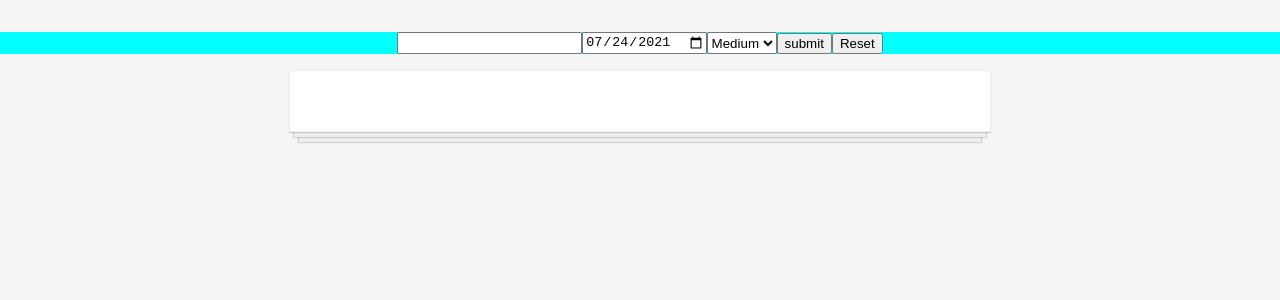
Repository: 0101chaitanya/react-todo
Page: /
These files come from the project's save history. The page is drawn as it stood at one moment and after the next save; the edit follows.
The browser window is 1280 px wide. The pictures show the whole page.
The project was rebuilt for these pictures with package versions that can differ from the ones it lists, and the page was loaded fresh each time. Also part of the build but not shown: src/components/TodoItem.js.

Above is the page before, as saved 2021-07-24 16:34:33.

### src/index.js
import React from "react";
import ReactDOM from "react-dom";
import "./index.css";
import App from "./App";
import reportWebVitals from "./reportWebVitals";
import css from "./App.css";

ReactDOM.render(
  <React.StrictMode>
    <App />
  </React.StrictMode>,
  document.getElementById("root")
);

// If you want to start measuring performance in your app, pass a function
// to log results (for example: reportWebVitals(console.log))
// or send to an analytics endpoint. Learn more: https://bit.ly/CRA-vitals
reportWebVitals();

### src/App.js
import React, { Component } from "react";
import TodoState from "./components/todoState";
import InputForm from "./components/InputForm";
import uniqid from "uniqid";
import { format } from "date-fns";
import css from "./App.css";
class App extends Component {
  constructor() {
    super();
    this.handleSubmit = this.handleSubmit.bind(this);
    this.state = {
      tasksArray: JSON.parse(localStorage.getItem("tasksArray")) ?? [],
    };
  }
  handleSubmit(e, input, context) {
    input.id = uniqid();

    e.preventDefault();
    this.setState(
      (prevState) => ({
        tasksArray: prevState.tasksArray.concat(input),
      }),
      () => {
        localStorage.setItem(
          "tasksArray",
          JSON.stringify(this.state.tasksArray)
        );
      }
    );

    console.log(this.state.tasksArray);
    //e.target.reset();
    e.target.submit();
  }

  render() {
    //localStorage.removeItem("tasksArray");
    //localStorage.clear();
    localStorage.setItem("tasksArray", JSON.stringify(this.state.tasksArray));
    console.log(this.state.tasksArray);

    //console.log(JSON.parse(localStorage.getItem("tasksArray")));
    return (
      <div>
        <InputForm
          className="input-form"
          //item={this.cache}
          //handleNoSubmission={this.handleNoSubmission}
          handleSubmit={this.handleSubmit}
        />
        <TodoState tasksArray={this.state.tasksArray} />
      </div>
    );
  }
}

export default App;

### src/App.css
body {
  background-color: whitesmoke;
}

.todo-list {
  background-color: white;
  margin: auto;
  width: 50%;
  display: flex;
  flex-direction: column;
  align-items: center;
  border: 1px solid #efefef;
  box-shadow:
    /* The top layer shadow */ 0 1px 1px rgba(0, 0, 0, 0.15),
    /* The second layer */ 0 10px 0 -5px #eee,
    /* The second layer shadow */ 0 10px 1px -4px rgba(0, 0, 0, 0.15),
    /* The third layer */ 0 20px 0 -10px #eee,
    /* The third layer shadow */ 0 20px 1px -9px rgba(0, 0, 0, 0.15);
  padding: 30px;
}

.todo-item {
  display: flex;
  justify-content: flex-start;
  align-items: center;
  padding: 30px 20px 0;
  width: 70%;
  border-bottom: 1px solid #cecece;
  font-family: Roboto, sans-serif;
  font-weight: 100;
  font-size: 15px;
  color: #333333;
}

input[type="checkbox"] {
  margin-right: 10px;
  font-size: 30px;
}

input[type="checkbox"]:focus {
  outline: 0;
}

.input-form {
  background-color: aqua;

  display: grid;
  justify-content: center;
  position: relative;
  top: 2rem;
  margin-bottom: 3rem;
  grid-auto-flow: column;
}

### src/components/todoState.js
import React from "react";
import TodoItem from "./TodoItem";
import css from "../App.css";
class TodoState extends React.Component {
  constructor(props) {
    super(props);
    this.state = {
      todos: this.props.tasksArray || [],
    };
    this.handleChange = this.handleChange.bind(this);
    //this.handleSubmit = this.handleSubmit.bind(this);
    this.deleteTask = this.deleteTask.bind(this);
    this.callSubmit = this.callSubmit.bind(this);
  }
  callSubmit(e, id, sentState) {
    this.setState(
      (prevState) => {
        const newTd = prevState.todos.map((todo) => {
          if (todo.id === id) {
            todo = sentState;
            return todo;
          } else {
            return todo;
          }
        });
        console.log(newTd);

        return {
          todos: newTd,
        };
      },
      (e) =>
        localStorage.setItem("tasksArray", JSON.stringify(this.state.todos))
    );
  }

  deleteTask(e, id) {
    this.setState(
      (prevState) => {
        const newTd = prevState.todos.filter((todo) => {
          return todo.id === id ? false : todo;
        });
        console.log(newTd);

        return {
          todos: newTd,
        };
      },
      (e) =>
        localStorage.setItem("tasksArray", JSON.stringify(this.state.todos))
    );
  }
  handleChange(id) {
    this.setState(
      (prevState) => {
        const newTodos = prevState.todos.map((todo) => {
          if (todo.id === id) {
            return {
              ...todo,
              completed: !todo.completed,
            };
          }
          return todo;
        });
        return {
          todos: newTodos,
        };
      },
      (e) =>
        localStorage.setItem("tasksArray", JSON.stringify(this.state.todos))
    );
  }
  render() {
    const todoItems = this.state.todos.map((item) => (
      <TodoItem
        key={item.id}
        item={item}
        callSubmit={this.callSubmit}
        deleteTask={this.deleteTask}
        handleChange={this.handleChange}
      />
    ));

    return (
      <div>
        <div className="todo-list">{todoItems}</div>
      </div>
    );
  }
}

export default TodoState;

### src/components/InputForm.js
import React from "react";
import uniqid from "uniqid";
import parseISO from "date-fns/parseISO";
import differenceInDays from "date-fns/differenceInDays";
import { format } from "date-fns";

class InputForm extends React.Component {
  constructor(props) {
    super(props);
    this.state = this.props.item || {
      description: "",
      date: format(new Date(), "yyyy-MM-dd"),
      priority: "medium",
      completed: false,
    };
    this.handleChange = this.handleChange.bind(this);
  }

  handleChange(e) {
    const { name, value } = e.target;
    this.setState({
      ...this.state,

      [name]: value,
    });
  }

  render() {
    const bin = this.props.item;

    return (
      <form
        className="input-form"
        onSubmit={(e) => {
          this.props.handleSubmit(e, this.state, this);
          this.setState({
            description: "",
            date: format(new Date(), "yyyy-MM-dd"),
            priority: "medium",
            id: uniqid(),
            priorityTags: ["medium"],
            dateTags: [],
            completed: false,
          });
        }}
        onReset={(e) => {
          //e.preventDefault();
          this.setState({
            state: bin,
          });
        }}
      >
        <input
          onChange={this.handleChange}
          value={this.state.description}
          name="description"
          type="text"
          required
        />
        <input
          required
          onChange={this.handleChange}
          value={this.state.date}
          name="date"
          type="date"
        />
        <select
          onChange={this.handleChange}
          value={this.state.priority}
          name="priority"
          required
        >
          <option value="low">Low</option>
          <option value="medium">Medium</option>
          <option value="high">High</option>
        </select>

        <label>
          <input type="submit" value="submit" />
        </label>
        <label>
          <input type="reset" value="Reset" />
        </label>
      </form>
    );
  }
}
export default InputForm;

Loaded but not shown: public/index.html (common file); src/index.css (common file); src/reportWebVitals.js (common file)

After the next save:
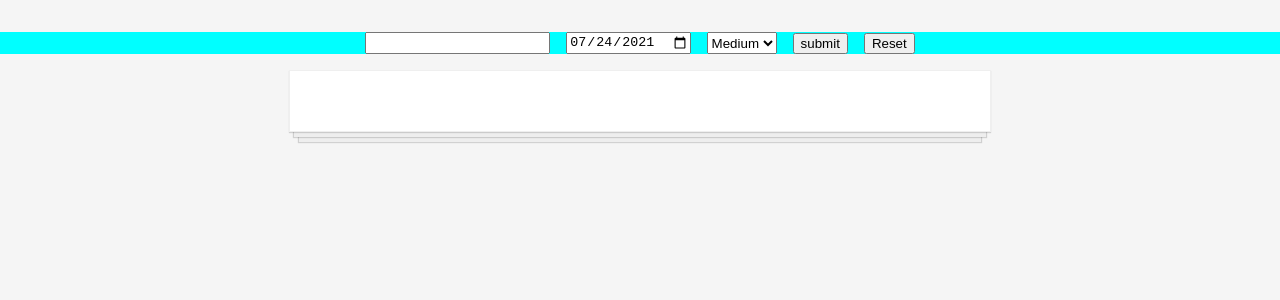
Saved 8 s later.
--- a/src/App.css
+++ b/src/App.css
@@ -50,4 +50,5 @@ input[type="checkbox"]:focus {
   top: 2rem;
   margin-bottom: 3rem;
   grid-auto-flow: column;
+  grid-gap: 1rem;
 }
